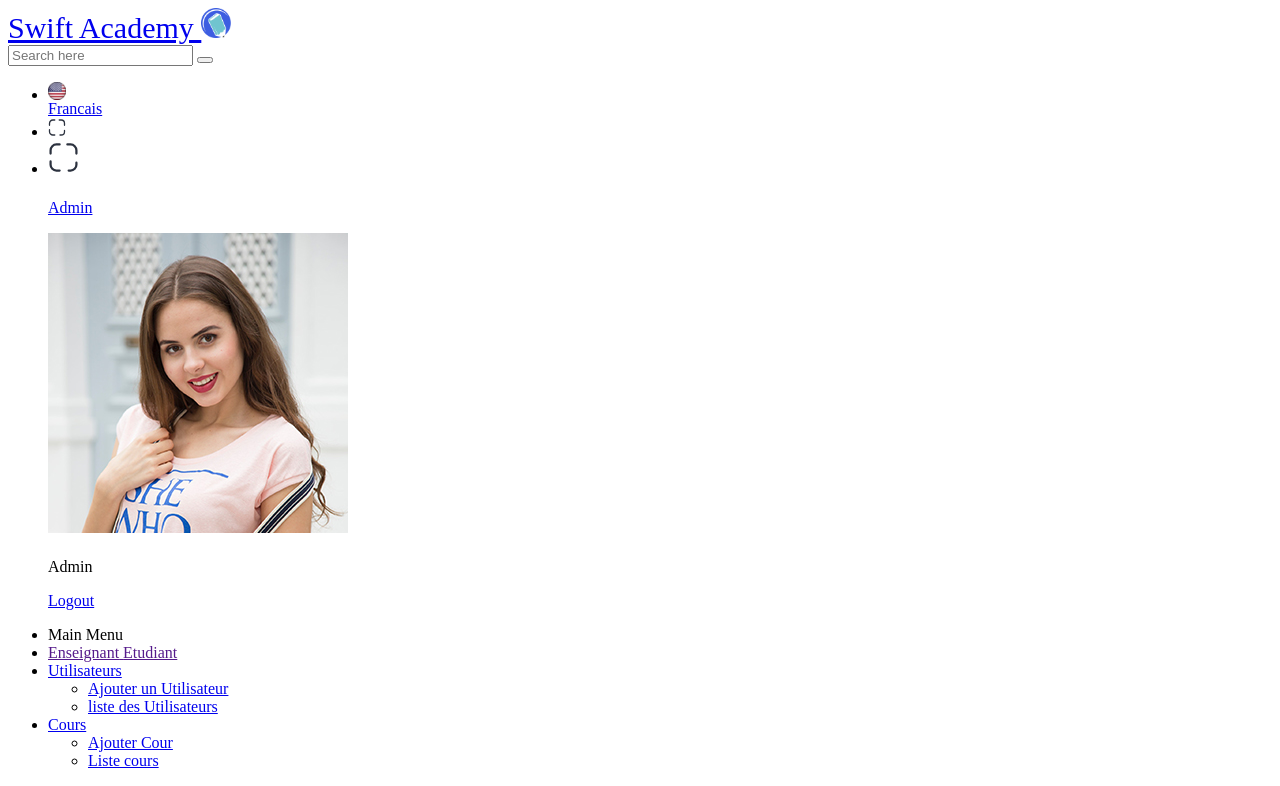
Repository: djadame/Projet
Page: templates/_partiels/navAdministrateur.html
An editor plug-in stored every save of this project. The page is shown before and after the next save, followed by the edit.
The browser window is 1280 px wide. The pictures show the whole page.
The page is served by the project's application, run on Django 4.2 (manage.py). Other server files are loaded and not shown. The template is opened directly, without the code that normally fills it, so the values that code supplies are empty.

Above is the page before, as saved 2023-08-23 02:15:56.

### templates/_partiels/navAdministrateur.html
{% load static %}



<div class="main-wrapper">

  <div class="header">

      <div class="header-left">
          <a href="index.html" class="logo" style="font-size: 30px;">
              Swift Academy
          </a>
          <a href="index.html" class="logo logo-small">
              <img src="{% static 'assets/img/logo-small.png' %}" alt="Logo" width="30" height="30">
          </a>
      </div>

      <div class="menu-toggle">
          <a href="javascript:void(0);" id="toggle_btn">
              <i class="fas fa-bars"></i>
          </a>
      </div>

      <div class="top-nav-search">
          <form>
              <input type="text" class="form-control" placeholder="Search here">
              <button class="btn" type="submit"><i class="fas fa-search"></i></button>
          </form>
      </div>

      <a class="mobile_btn" id="mobile_btn">
          <i class="fas fa-bars"></i>
      </a>

      <ul class="nav user-menu">
          <li class="nav-item dropdown noti-dropdown language-drop me-2">
              <a href="#" class="dropdown-toggle nav-link header-nav-list" data-bs-toggle="dropdown">
                  <img src="{% static 'assets/img/icons/header-icon-01.svg' %}" alt>
              </a>
              <div class="dropdown-menu ">
                  <div class="noti-content">
                      <div>

                          <a class="dropdown-item" href="javascript:;"><i
                                  class="flag flag-bl me-2"></i>Francais</a>

                      </div>
                  </div>
              </div>
          </li>



          <li class="nav-item zoom-screen me-2">
              <a href="#" class="nav-link header-nav-list win-maximize">
                  <img src="{% static 'assets/img/icons/header-icon-04.svg' %}" alt>
              </a>
          </li>

          <li class="nav-item dropdown has-arrow new-user-menus">
              <a href="#" class="dropdown-toggle nav-link" data-bs-toggle="dropdown">
                  <span class="user-img">
                      <img class="rounded-circle" src="{% static 'assets/img/icons/header-icon-04.svg' %}" width="31"
                          alt="Ryan Taylor">
                      <div class="user-text">
                          <h6>{{ app.user.username }}</h6>
                          <p class="text-muted mb-0">Admin</p>
                      </div>
                  </span>
              </a>
              <div class="dropdown-menu">
                  <div class="user-header">
                      <div class="avatar avatar-sm">
                          <img src="{% static 'assets/img/user-7.jpg' %}" alt="User Image"
                              class="avatar-img rounded-circle">
                      </div>
                      <div class="user-text">
                          <h6>{{ user.username }}</h6>
                          <p class="text-muted mb-0">Admin </p>
                      </div>
                  </div>

                  <a class="dropdown-item" href="{% url 'logout' %}">Logout</a>
              </div>
          </li>

      </ul>

  </div>

  <div class="sidebar" id="sidebar">
      <div class="sidebar-inner slimscroll">
          <div id="sidebar-menu" class="sidebar-menu">
              <ul>
                  <li class="menu-title">
                      <span>Main Menu</span>
                  </li>
                  <li class=" active">
                      <a href=""><i class="feather-grid"></i> <span> Enseignant</span> </a>
                      <a href=""><i class="feather-grid"></i> <span> Etudiant</span> </a>

                  </li>
                  <li class="submenu">
                      <a href="#"><i class="fas fa-graduation-cap"></i> <span>Utilisateurs</span> <span
                              class="menu-arrow"></span></a>
                      <ul>
                          <li><a href="{% url 'inscription' %}">Ajouter un Utilisateur</a></li>
                          <li><a href="{% url 'liste_utilisateur' %}">liste des Utilisateurs</a></li>

                      </ul>
                  </li>
                  <li class="submenu">
                      <a href="#"><i class="fas fa-chalkboard-teacher"></i> <span>Cours</span> <span
                              class="menu-arrow"></span></a>
                      <ul>
                          <li><a href="{% url 'ajouter_cour' %}">Ajouter Cour</a></li>
                          <li><a href="{% url 'liste_cour' %}">Liste cours</a></li>

                      </ul>
                  </li>




              </ul>
          </div>
      </div>
  </div>
  <div class="page-wrapper">
      <div class="content container-fluid">

### Projet/urls.py
"""Projet URL Configuration

The `urlpatterns` list routes URLs to views. For more information please see:
    https://docs.djangoproject.com/en/4.1/topics/http/urls/
Examples:
Function views
    1. Add an import:  from my_app import views
    2. Add a URL to urlpatterns:  path('', views.home, name='home')
Class-based views
    1. Add an import:  from other_app.views import Home
    2. Add a URL to urlpatterns:  path('', Home.as_view(), name='home')
Including another URLconf
    1. Import the include() function: from django.urls import include, path
    2. Add a URL to urlpatterns:  path('blog/', include('blog.urls'))
"""
from django.contrib import admin
from django.urls import path,include
from django.conf import settings
from django.conf.urls.static import static


urlpatterns = [
    path('admin/', admin.site.urls),
    path('', include('AppEcole.urls')),
    path('Admin/', include('Administrateur.urls')),
    path('Etudiant/', include('Etudiant.urls')),
]
if settings.DEBUG:
    urlpatterns += static(settings.MEDIA_URL,
    document_root=settings.MEDIA_ROOT)

### AppEcole/urls.py
from django.urls import path
from .views import index, inscription, connexion,ajouter_projet,deconnexion,liste_projets,modifier_projet,supprimer_projet,afficher_profil,modifier_profil,liste_projets_soumis
urlpatterns = [
    path('acceuil', index, name='acceuil'),
    path('inscription/', inscription, name='register'),
    path('', connexion, name='login'),
    path('deconnexion/', deconnexion, name='logout'),


    path('enseignant/projet/ajouter', ajouter_projet, name='ajouter_projet'),
    path('enseignant/projet/', liste_projets, name='liste_projet'),
    path('enseignant/projet/modifier/<int:id>',modifier_projet, name='modifier_projet'),
    path('enseignant/projet/supprimer/<int:id>',supprimer_projet, name='supprimer_projet'),
    path('enseignant/profil',afficher_profil, name='afficher_profil'),
    path('enseignant/profil/modifier/<int:id>',modifier_profil, name='modifier_profile'),
    path('enseignant/projet/soumis',liste_projets_soumis, name='soumis'),


]

### Administrateur/urls.py
from django.urls import path
from .views import register,liste_utilisateur,modifier_utilisateur,supprimer_utilisateur,liste_cour,ajouter_cour,modifier_cour,supprimer_cour, liste_Enseignant, liste_Etudiant
urlpatterns = [
    path('user/ajouter', register, name='inscription'),
    path('user/', liste_utilisateur, name='liste_utilisateur'),
    path('user/enseignant', liste_Enseignant, name='liste_enseignant'),
    path('user/etudiant', liste_Etudiant, name='liste_etudiant'),
    path('user/modifier/<int:id>',modifier_utilisateur, name='modifier_utilisateur'),
    path('user/supprimer/<int:id>',supprimer_utilisateur, name='supprimer_utilisateur'),
    path('cour/ajouter', ajouter_cour, name='ajouter_cour'),
    path('cour/', liste_cour, name='liste_cour'),
    path('cour/modifier/<int:id>',modifier_cour, name='modifier_cour'),
    path('cour/supprimer/<int:id>',supprimer_cour, name='supprimer_cour'),








]

### Etudiant/urls.py
from django.urls import path
from .views import liste_Projets,ajouter_soumission,liste_soumission,modifier_soumission,supprimer_soumission, afficher_profil,modifier_profil
urlpatterns = [
    path('projets/', liste_Projets, name='etudiants_projet'),
    path('soumission/ajouter', ajouter_soumission, name='ajouter_soumission'),
    path('soumission/',liste_soumission, name='liste_soumission'),
    path('soumission/modifier/<int:id>', modifier_soumission, name='modifier_soumission'),
    path('soumission/supprimer/<int:id>', supprimer_soumission, name='supprimer_soumission'),
    path('profil/', afficher_profil, name='profil'),
    path('profil/modifier/<int:id>', modifier_profil, name='profil_modifier'),

]

### static/assets/img/icons/header-icon-01.svg
<svg width="18" height="18" viewBox="0 0 18 18" fill="none" xmlns="http://www.w3.org/2000/svg" xmlns:xlink="http://www.w3.org/1999/xlink">
<rect width="18" height="18" fill="url(#pattern0)"/>
<defs>
<pattern id="pattern0" patternContentUnits="objectBoundingBox" width="1" height="1">
<use xlink:href="#image0_417_4438" transform="scale(0.0015361)"/>
</pattern>
<image id="image0_417_4438" width="651" height="651" xlink:href="data:[embedded picture, 281098 characters]"/>
</defs>
</svg>

### static/assets/img/icons/header-icon-04.svg
<svg width="18" height="19" viewBox="0 0 18 19" fill="none" xmlns="http://www.w3.org/2000/svg">
<path d="M1.5 7.25V5.375C1.5 3.5075 3.0075 2 4.875 2H6.75" stroke="#2C323F" stroke-width="1.3" stroke-linecap="round" stroke-linejoin="round"/>
<path d="M11.25 2H13.125C14.9925 2 16.5 3.5075 16.5 5.375V7.25" stroke="#2C323F" stroke-width="1.3" stroke-linecap="round" stroke-linejoin="round"/>
<path d="M16.5 12.5V13.625C16.5 15.4925 14.9925 17 13.125 17H12" stroke="#2C323F" stroke-width="1.3" stroke-linecap="round" stroke-linejoin="round"/>
<path d="M6.75 17H4.875C3.0075 17 1.5 15.4925 1.5 13.625V11.75" stroke="#2C323F" stroke-width="1.3" stroke-linecap="round" stroke-linejoin="round"/>
</svg>

After the next save:
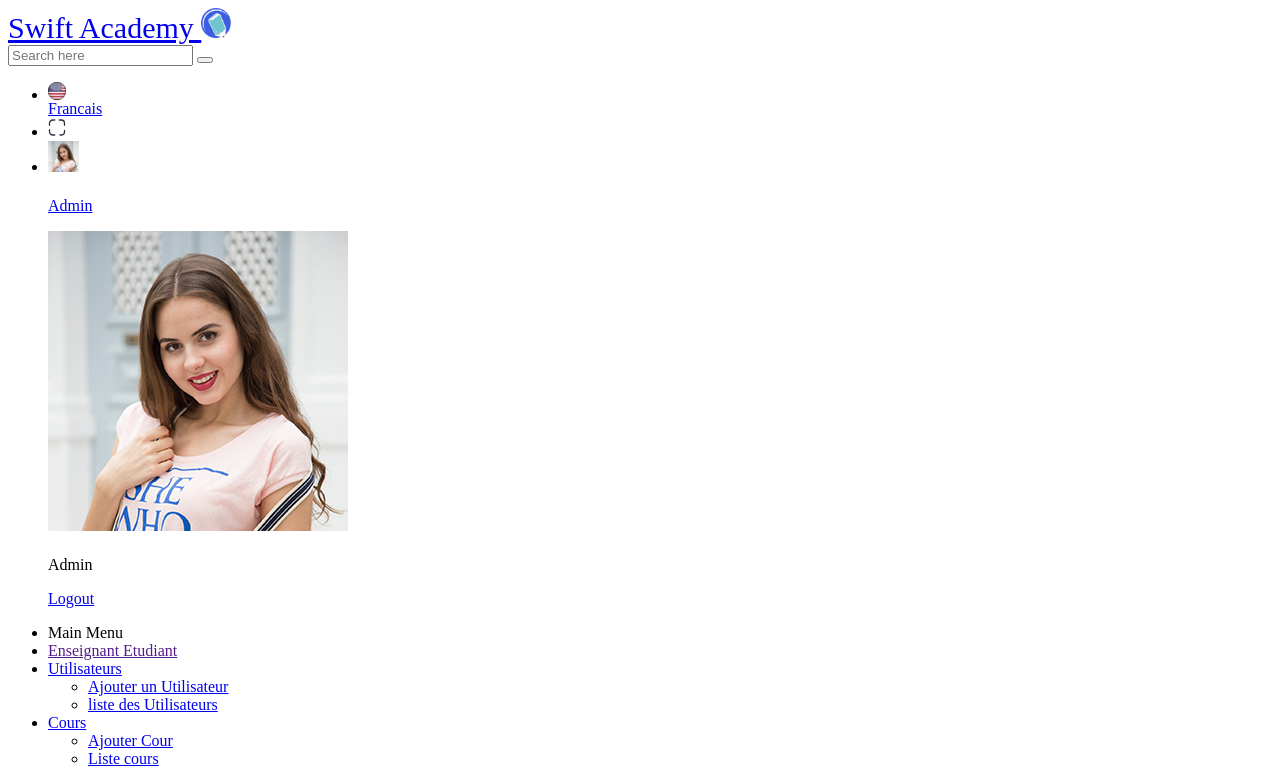
Saved 9 s later.
--- a/templates/_partiels/navAdministrateur.html
+++ b/templates/_partiels/navAdministrateur.html
@@ -60,7 +60,7 @@
           <li class="nav-item dropdown has-arrow new-user-menus">
               <a href="#" class="dropdown-toggle nav-link" data-bs-toggle="dropdown">
                   <span class="user-img">
-                      <img class="rounded-circle" src="{% static 'assets/img/icons/header-icon-04.svg' %}" width="31"
+                      <img class="rounded-circle" src="{% static 'assets/img/user-7.jpg' %}" width="31"
                           alt="Ryan Taylor">
                       <div class="user-text">
                           <h6>{{ app.user.username }}</h6>
